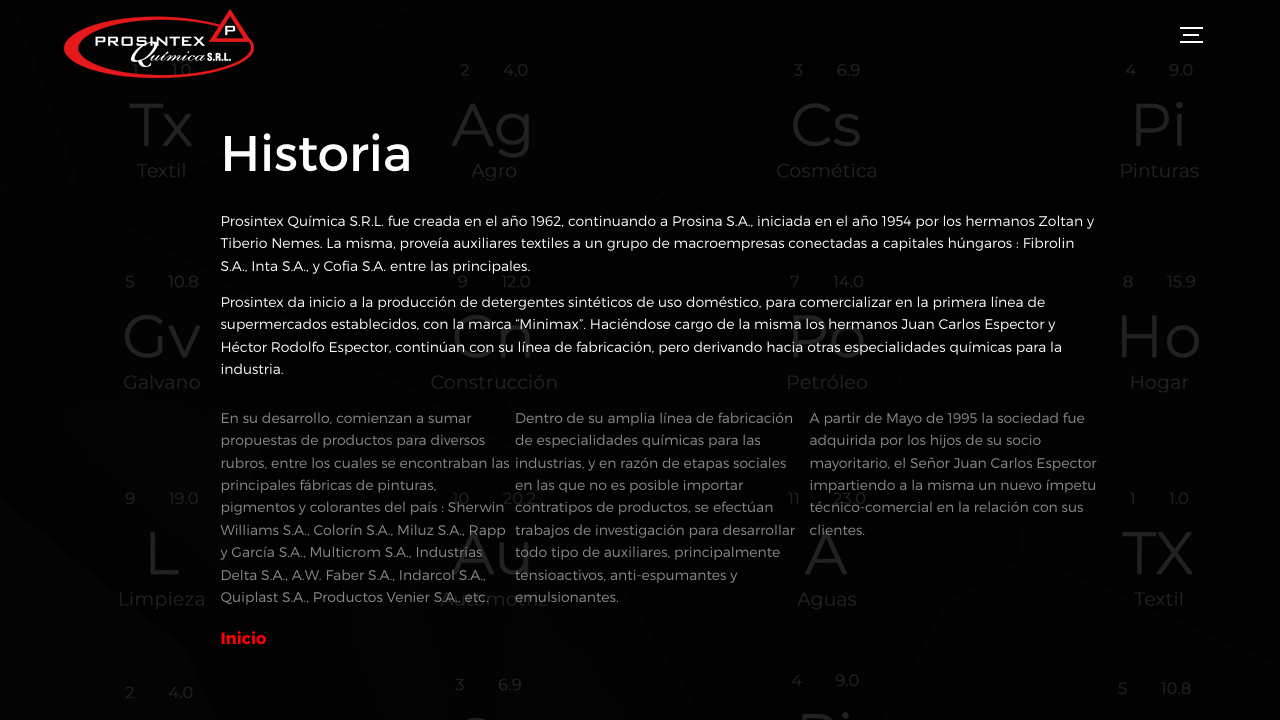
Repository: gabfiocchi/prosintex
Page: historia.html
These files come from the project's save history. The page is drawn as it stood at one moment and after the next save; the edit follows.
The browser window is 1280 px wide. The pictures show the whole page.

Above is the page before, as saved 2021-09-02 22:18:04.

### historia.html
<!DOCTYPE html>
<html lang="en">
<head>
  <title>Prosintex Química</title>
  <meta charset="utf-8">
  <meta name="viewport" content="width=device-width, initial-scale=1">
  <meta http-equiv="X-UA-Compatible" content="IE=edge">
  <meta name="description" content="prosintex quimica">
  <meta name="keywords" content="prosintex, quimica, productos">
  <meta name="author" content="Prosintex">
  <link rel="stylesheet" href="assets/css/main1.css">
</head>
<body>

<!-- notification for small viewports and landscape oriented smartphones -->
<div class="device-notification">
  <a class="device-notification--logo" href="#0">
    <img src="assets/img/logo.png" alt="Prosintex">
<!--  <p>Global</p>-->
  </a>
  <p class="device-notification--message">Prosintex Química S.R.L. nace en el año 1962, continuando a Prosina S.A. la cual había sido iniciada en el año 1954.</p>
</div>

<div class="perspective effect-rotate-left">
  <div class="container"><div class="outer-nav--return"></div>
    <div id="viewport" class="l-viewport">
      <div class="l-wrapper">
        <header class="header">
          <a class="header--logo" href="index.html">
            <img src="assets/img/logo.png">
         <!--   <p>Global</p>-->
          </a>

          <div class="header--nav-toggle">
            <span></span>
          </div>
        </header>









<ul class="l-main-content main-content">



 <!--  HOME>-->

          <li class="l-section section section--is-active">
            <div class="intro">
              <div class="intro--banner">

                <h1>Historia</h1>
 <p>Prosintex Química S.R.L. fue creada en el año 1962, continuando a Prosina S.A.,  iniciada en el año 1954 por los hermanos Zoltan y Tiberio Nemes. La misma, proveía auxiliares textiles a un grupo de macroempresas conectadas a capitales húngaros : Fibrolin S.A., Inta S.A., y Cofia S.A. entre las principales.</p>
<p>Prosintex da inicio a la producción de detergentes sintéticos de uso doméstico, para comercializar en la primera línea de supermercados establecidos, con la marca “Minimax”.
Haciéndose cargo de la misma los hermanos Juan Carlos Espector y Héctor Rodolfo Espector, continúan con su línea de fabricación, pero derivando hacia otras especialidades químicas para la industria.
</p>





             <!--   <img src="assets/img/about-visual.png" alt="Welcome">-->
              </div>
              <div class="intro--options">
                <a href="nosotros.html">
                <p> En su desarrollo, comienzan a sumar propuestas de productos para diversos rubros, entre los cuales se encontraban las principales fábricas de pinturas, pigmentos y colorantes del país : Sherwin Williams S.A., Colorín S.A., Miluz S.A., Rapp y García S.A., Multicrom S.A., Industrias Delta S.A., A.W. Faber S.A., Indarcol S.A., Quiplast S.A., Productos Venier S.A., etc.





</p>
                </a>
                <a href="nosotros.html">
           <!--<h3>ndustrias con las que comercializamos:
</h3>-->




<p>Dentro de su amplia línea de fabricación de especialidades químicas para las industrias, y en razón de etapas sociales en las que no es posible importar contratipos de productos, se efectúan trabajos de investigación para desarrollar todo tipo de auxiliares, principalmente tensioactivos, anti-espumantes y emulsionantes.</p>



                </a>
                <a href="nosotros.html">
               <p>A partir de Mayo de 1995 la sociedad fue adquirida por los hijos de su socio mayoritario, el Señor Juan Carlos Espector impartiendo a la misma un nuevo ímpetu técnico-comercial en la relación con sus clientes.
            </p>

                </a>



              </div>


                     <h3><a href="nosotros.html" >Inicio</a></h3>
            </div>

          </li>












        </ul>
      </div>
    </div>
  </div>
  <ul class="outer-nav">
    <li><span>Regresar</span></li>


  </ul>
</div>

<script src="https://ajax.googleapis.com/ajax/libs/jquery/2.2.4/jquery.min.js"></script>
<script>window.jQuery || document.write('<script src="assets/js/vendor/jquery-2.2.4.min.js"><\/script>')</script>
<script src="assets/js/functions-min.js"></script>
</body>
</html>

Loaded but not shown: assets/js/functions-min.js (library); assets/css/main1.css (1789 lines, source omitted)

After the next save:
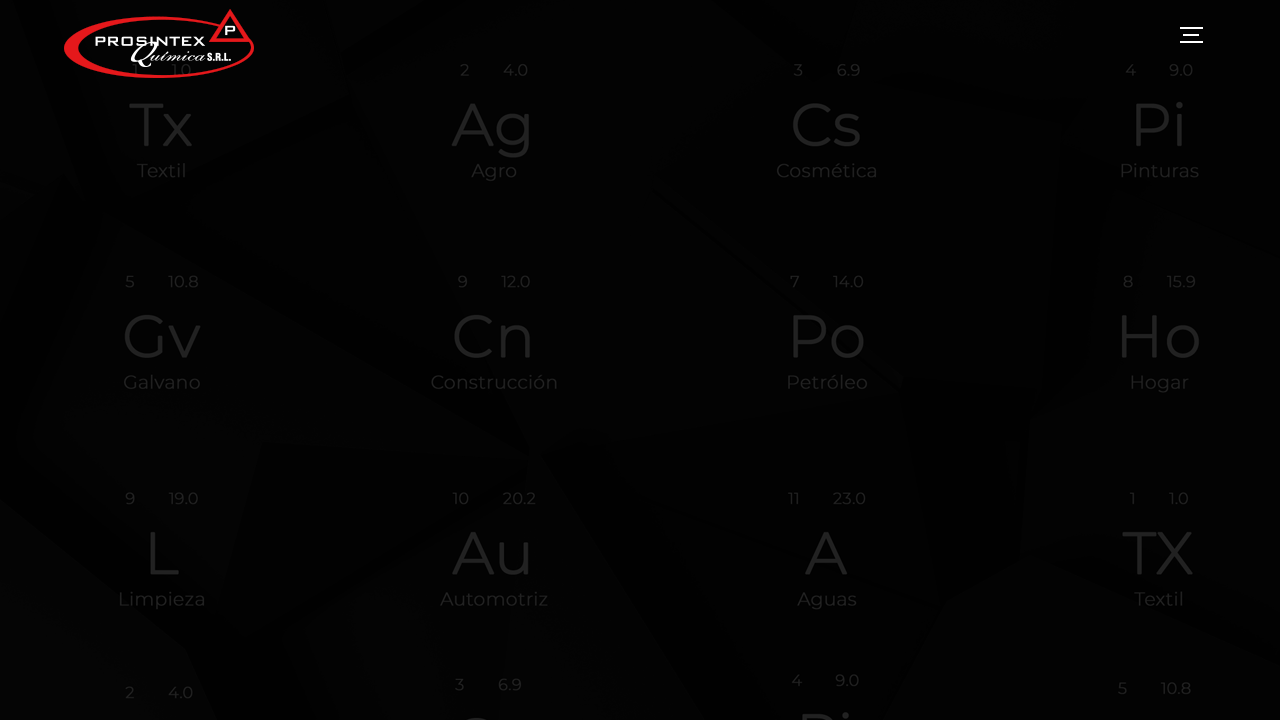
Saved 2 min 57 s later.
--- a/historia.html
+++ b/historia.html
@@ -50,7 +50,7 @@
 
  <!--  HOME>-->
 
-          <li class="l-section section section--is-active">
+          <li class="l-section section">
             <div class="intro">
               <div class="intro--banner">
 

After the save that followed:
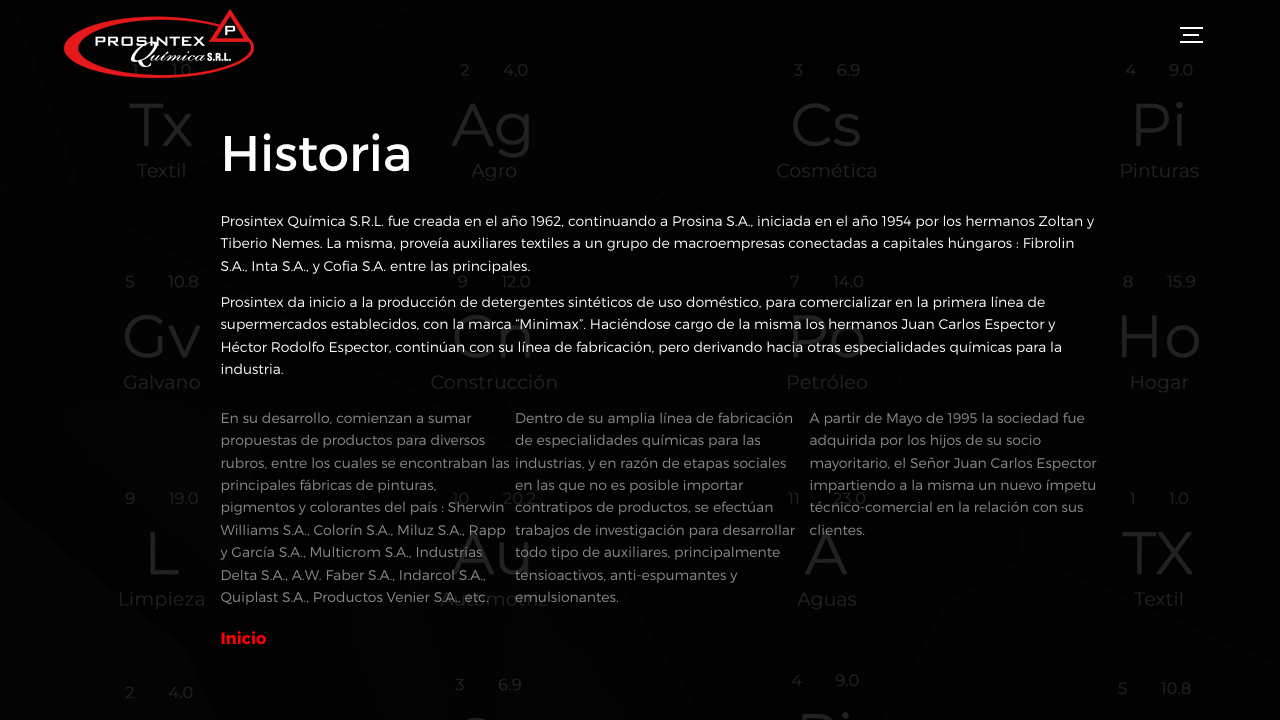
Saved 15 s later.
--- a/historia.html
+++ b/historia.html
@@ -50,7 +50,7 @@
 
  <!--  HOME>-->
 
-          <li class="l-section section">
+          <li class="l-section section section--is-active">
             <div class="intro">
               <div class="intro--banner">
 
